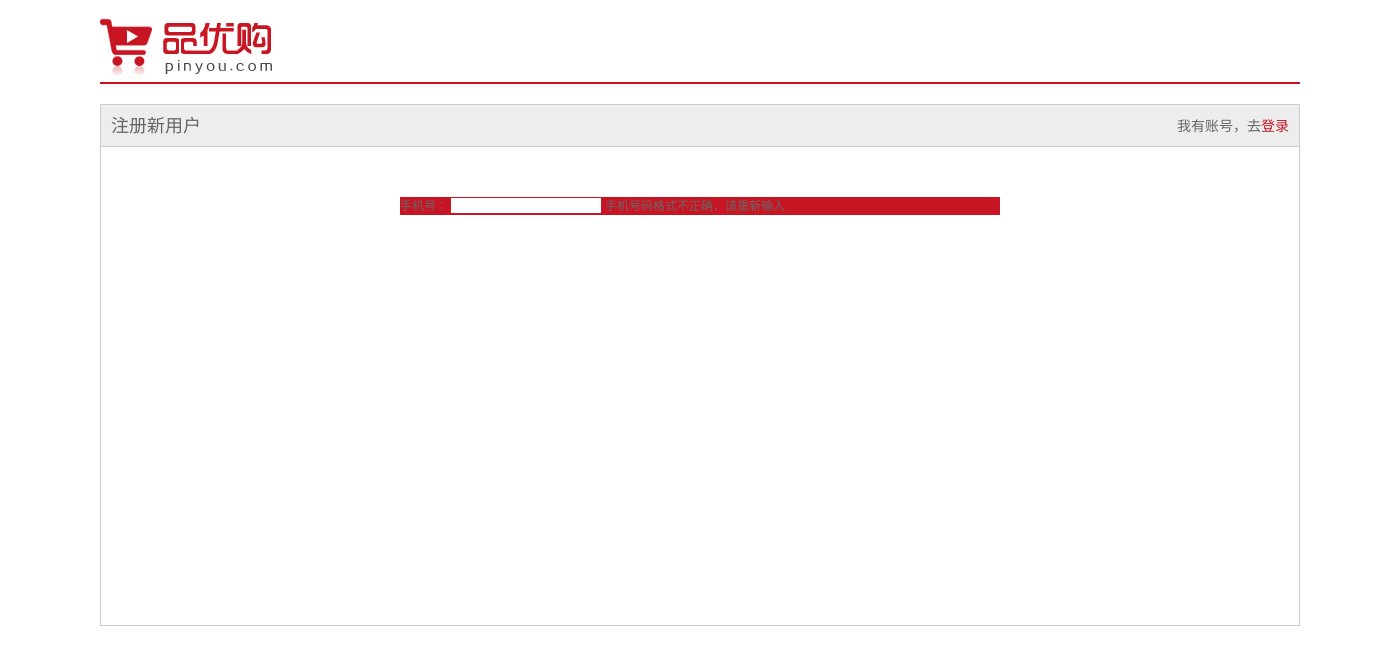
Repository: ywq0312/PinYouGou
Page: register.html
An editor plug-in stored every save of this project. The page is shown before and after a run of saves, followed by the edit.
The browser window is 1280 px wide. The page is 1400 px wide, so the pictures cover 1400 px, including what lies to the right of the window. The pictures show the whole page.

Above is the page before, as saved 2021-06-28 13:37:57.

After the next 2 saves:
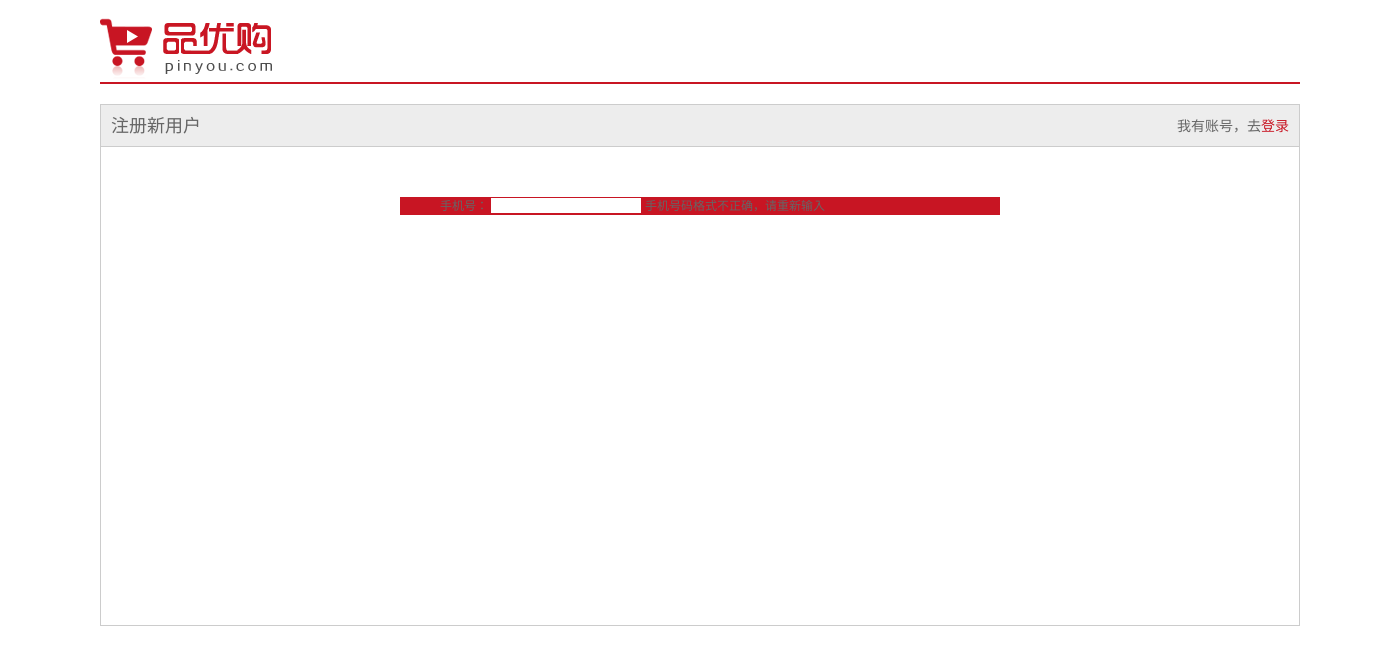
The 2 saves are shown as one change because they came seconds apart.
The last was saved 7 s later.
--- a/css/register.css
+++ b/css/register.css
@@ -39,4 +39,6 @@
 }
 .reg-form ul li label{
     display: inline-block;
+    width: 88px;
+    text-align: right;
 }
